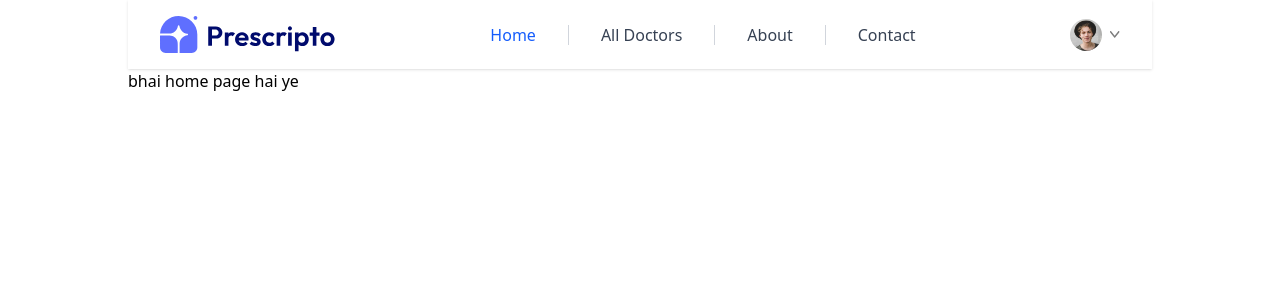
Repository: Pran2535/appointement_booking
Page: / (app in frontend/)
These files come from the project's save history. The page is drawn as it stood at one moment and after the next save; the edit follows.
The browser window is 1280 px wide. The pictures show the whole page.
The project was rebuilt for these pictures with package versions that can differ from the ones it lists, and the page was loaded fresh each time. Also part of the build but not shown: frontend/vite.config.js, frontend/src/pages/About.jsx, frontend/src/pages/MyAppointments.jsx, frontend/src/pages/Doctors.jsx, frontend/src/pages/Login.jsx, frontend/src/pages/Contact.jsx, frontend/src/pages/MyProfile.jsx, frontend/src/pages/Appointment.jsx.

Above is the page before, as saved 2025-02-14 21:42:06.

After the next save:
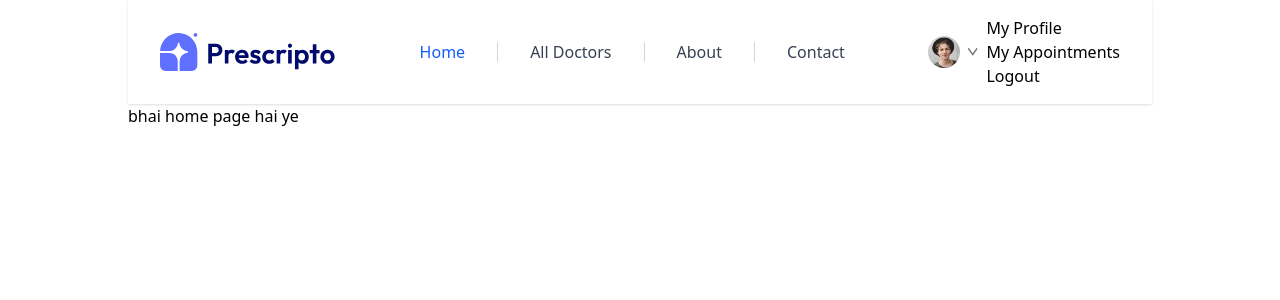
Saved 2 min 40 s later.
--- a/frontend/src/components/Navbar.jsx
+++ b/frontend/src/components/Navbar.jsx
@@ -57,7 +57,15 @@
                 <div className='flex items-center gap-2 cursor-pointer group relative' >
                     <img className='w-8 rounded-full' src={assets.profile_pic} alt="" />
                     <img className='w-2.5 ' src={assets.dropdown_icon} alt="" />
+                    <div>
+                        <div>
+                            <p>My Profile</p>
+                            <p>My Appointments</p>
+                            <p>Logout</p>
+                        </div>
+                    </div>
                 </div>
+
                 :
                  <button
             onClick={() => navigate('/login')}

After the save that followed:
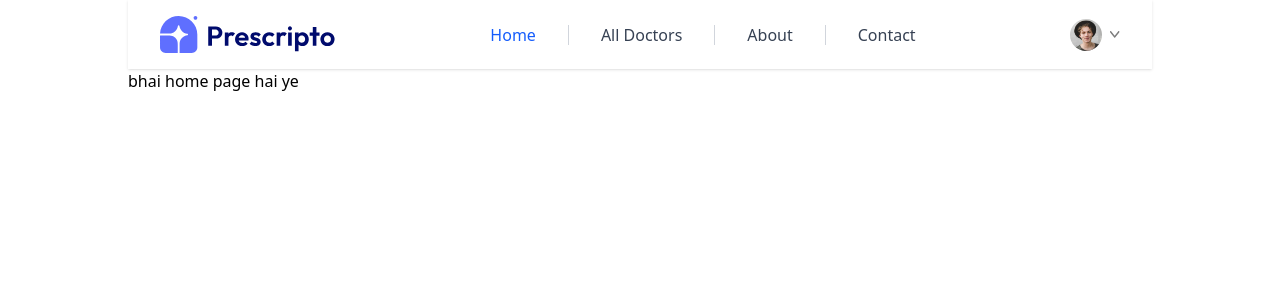
Saved 3 min 6 s later.
--- a/frontend/src/components/Navbar.jsx
+++ b/frontend/src/components/Navbar.jsx
@@ -57,7 +57,7 @@
                 <div className='flex items-center gap-2 cursor-pointer group relative' >
                     <img className='w-8 rounded-full' src={assets.profile_pic} alt="" />
                     <img className='w-2.5 ' src={assets.dropdown_icon} alt="" />
-                    <div>
+                    <div className='absolute top-0 right-0 pt-14 text-base font-medium text-gray-600 z-20 hidden group-hover:block'>
                         <div>
                             <p>My Profile</p>
                             <p>My Appointments</p>
